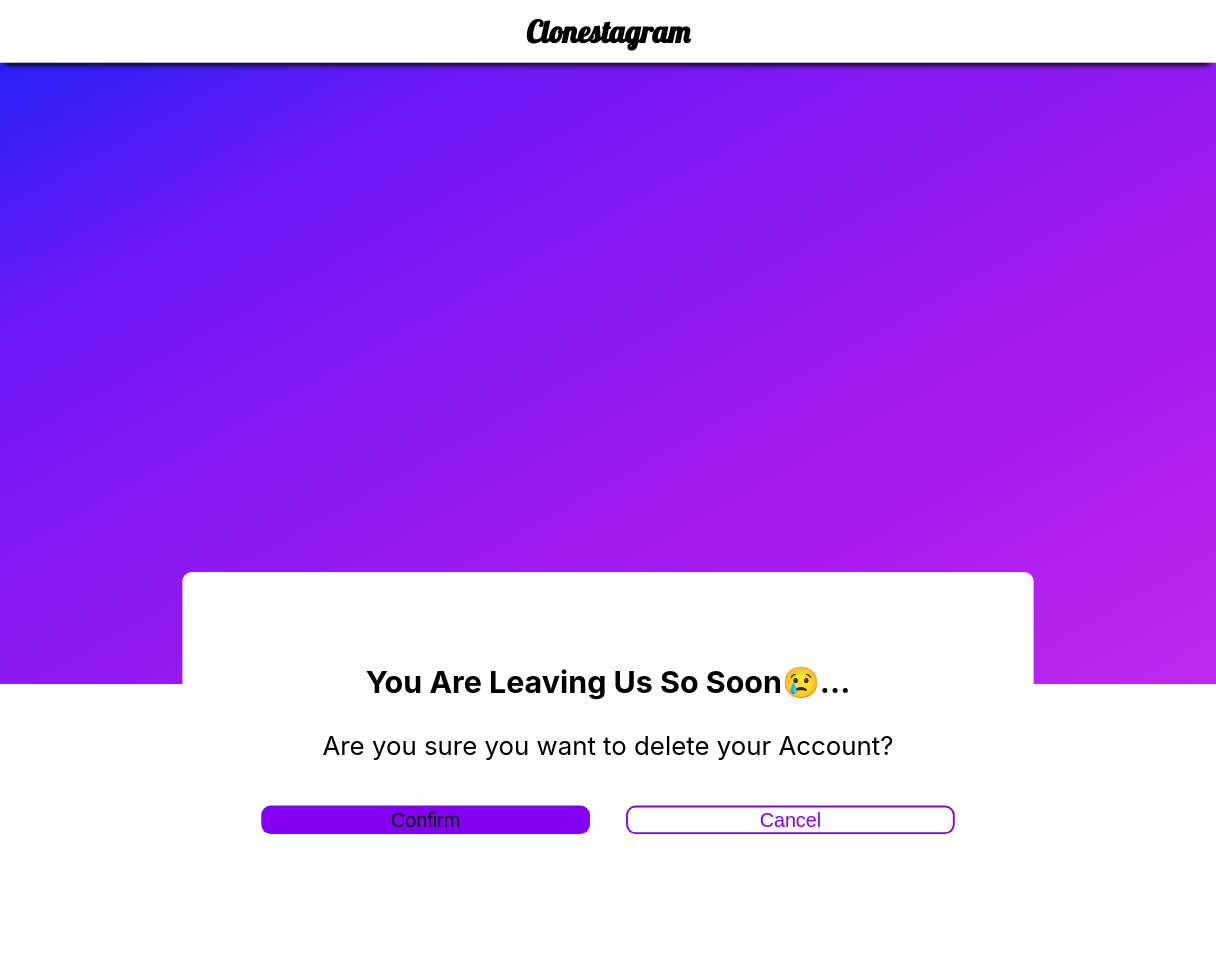
Repository: MikeMoore55/clonestagram
Page: /delaccount
The author's editor kept a copy of each file at every save. The page is drawn from the files as they stood at one save, then again after the next save.
The browser window is 1280 px wide. The pictures show the whole page, at 95% of full size.
The page's requests for data from a server got no answer. The project was rebuilt for these pictures with package versions that can differ from the ones it lists, and the page was loaded fresh each time. The framework's server and built-in components were replaced by stand-ins that run in the browser. No one was signed in, and anything a server would have sent is missing. Also part of the build but not shown: next.config.js.

Above is the page before, as saved 2022-11-24 09:16:25.

### pages/_app.jsx
import Layout from '../components/Layout/Layout';
import '../styles/globals.css';

export default function MyApp({ Component, pageProps }) {
  return (
    <Layout>
      <Component {...pageProps} />
    </Layout>
  );
};

### pages/delaccount.jsx
import React from 'react';
import Link from 'next/link';
import Router,{useRouter} from 'next/router';
import { SupaBaseDB } from '../utils/dbconnect';
import { parseCookies } from '../helpers/cookie';
import styles from '../styles/DelAccount.module.css';
import Footer from '../components/Layout/Footer'

export default function DelAccount( { data } ) {
    const router = useRouter();
    const id = [data];
    function extractId(arr, prop) {
        const extractedValue = arr.map(item => item[prop]);
        return extractedValue;
    }

    const cookieId = extractId(id, 'user');
    const userId = cookieId.toString();

    console.log(userId);

    const delAccount = async () => {

        // delete the account of user
        const account = await SupaBaseDB
            .from("account")
            .delete()
            .eq("account_id", userId);

        // delete all the posts of user too
        const posts = await SupaBaseDB
            .from("posts")
            .delete()
            .eq("user_id", userId);

        if (account.error) {
            console.log(account.error['message']);
        }
        else if (posts.error) {
            console.log(posts.error["message"]);
        }
        else {
            console.log('account deleted successfully');
            router
                .push({
                    pathname: '/', // when successful take to the feed page
                });
        }
    }

    return (
        <div className={styles.container}>
            <div className={styles.block}>
                <h3 className={styles.heading1}>You Are Leaving Us So Soon😢...</h3>
                <p className={styles.text}>Are you sure you want to delete your Account?</p>
                <div className={styles.btnContainer}>
                    <button className={styles.confirm} onClick={() => delAccount()}>Confirm</button>
                    <button className={styles.cancel}><Link href={'/home'}>Cancel</Link></button>
                </div>
            </div>
            {/* for a cool background effect */}
            <div className={styles.backgroundFeature}>
                1
            </div>
            <Footer/>
        </div>
    );
};

export async function getServerSideProps({ req, res }) {
    const data = parseCookies(req);

    if (res) {
        if (Object.keys(data).length === 0 && data.constructor === Object) {
            res.writeHead(301, { Location: "/signin" });
            res.end();
        }
    }

    return {
        props: {
            data: data && data,
        }
    };
};

// del from supabase
// take to index page

### components/Layout/Layout.jsx
import React from 'react';
import Header from './Header';

// layout across app
export default function Layout({children}) {
  return (
    <div id='Layout'>
      <Header />
      {children}
    </div>
  );
};

### styles/globals.css
html,
body {
  padding: 0;
  margin: 0;
  font-family: -apple-system, BlinkMacSystemFont, Segoe UI, Roboto, Oxygen,
    Ubuntu, Cantarell, Fira Sans, Droid Sans, Helvetica Neue, sans-serif;
}

a {
  color: inherit;
  text-decoration: none;
}

* {
  box-sizing: border-box;
}

@media (prefers-color-scheme: dark) {
  html {
    color-scheme: dark;
  }

  body {
    color: black;
    background: rgb(234, 233, 233);
  }
}

### utils/dbconnect.js
import { createClient } from "@supabase/supabase-js";

const supabaseUrl = process.env.NEXT_PUBLIC_SUPABASE_URL;
const supabaseApi = process.env.NEXT_PUBLIC_SUPABASE_API_KEY;

export const SupaBaseDB = createClient(supabaseUrl, supabaseApi);

### helpers/cookie.js
import cookie from "cookie";

export function parseCookies(req) {
    return cookie.parse(req ? req.headers.cookie || "" : document.cookie)
}

### styles/DelAccount.module.css
.container {
    position: relative;
    width: 100%;
    padding-top: 25%;
}

.block {
    position: relative;
    width: 80%;
    margin: 20% 10% 5% 10%;
    text-align: center;
    background-color: white;
    border-radius: 10px;
    padding: 5% 5% 5% 5%;
}

.heading1 {
    position: relative;
    font-size: 1.5em;
}

.text {
    position: relative;
    font-size: 1.3em;
}

.btnContainer {
    position: relative;
    display: grid;
    grid-template-columns: 50% 50%;
}

.cancel {
    position: relative;
    width: 90%;
    margin: 5%;
    border: #8300f1 solid 2px;
    color: #8300f1;
    font-size: 1.1em;
    font-weight: 400;
    border-radius: 10px;
    background-color: white;
}

.confirm {
    position: relative;
    width: 90%;
    margin: 5%;
    background-color: #8300f1;
    border: none;
    border-radius: 10px;
    font-size: 1.1em;
    font-weight: 400;
}

.backgroundFeature {
    position: fixed;
    color: transparent;
    background-image: linear-gradient(to right bottom, #000bf8, #5e00f5, #8300f1, #a002ee, #b812eb);
    width: 100%;
    height: 100%;
    bottom: 0%;
    right: 0%;
    top: 0%;
    left: 0%;
    z-index: -1;
    opacity: 0.9;
}

@media (min-width: 490px) {
    .container {
        padding-top: 27%;
    }

    .block {
        width: 70%;
        margin: 20% 15% 5% 15%;
        padding: 5% 5% 5% 5%;
    }

    .heading1 {
        font-size: 2em;
    }

    .text {
        font-size: 1.7em;
    }

    .btnContainer {
        display: grid;
        grid-template-columns: 50% 50%;
    }

    .cancel {
        position: relative;
        width: 90%;
        margin: 5%;
        border: #8300f1 solid 2px;
        color: #8300f1;
        font-size: 1.3em;
        font-weight: 400;
        border-radius: 10px;
        background-color: white;
    }

    .confirm {
        position: relative;
        width: 90%;
        margin: 5%;
        background-color: #8300f1;
        border: none;
        border-radius: 10px;
        font-size: 1.3em;
        font-weight: 400;
    }

    .backgroundFeature {
        position: fixed;
        color: transparent;
        background-image: linear-gradient(to right bottom, #000bf8, #5e00f5, #8300f1, #a002ee, #b812eb);
        width: 100%;
        height: 100%;
        bottom: 0%;
        right: 0%;
        top: 0%;
        left: 0%;
        z-index: -1;
        opacity: 0.9;
    }
}

@media (min-width: 1000px) {}

### components/Layout/Footer.jsx
import React from 'react';
import styles from '../../styles/Footer.module.css';

export default function Footer() {
    return (
        <footer className={styles.footer}>
            @2022Clonstagram
        </footer>
    );
};

### components/Layout/Header.jsx
import React from 'react';
import styles from '../../styles/Header.module.css';

export default function Header() {
    return (
        <header className={styles.header}>
            <h1>Clonestagram</h1>
        </header>
    );
};

### styles/Footer.module.css
.footer {
    position: fixed;
    bottom: 0%;
    left: 0%;
    right: 0%;
    width: 100%;
    text-align: center;
    color: white;
    padding: 2%;
}

@media (min-width: 490px) {
    .footer {
        font-size: 1.7em;
    }
}

@media (min-width: 1000px) {
    .footer {
        font-size: 1em;
    }
}

### styles/Header.module.css
@font-face {
    font-family: 'Lobster';
    src: url(../assets/Lobster/Lobster-Regular.ttf);
}

.header {
    position: fixed;
    top: 0%;
    left: 0%;
    right: 0%;
    width: 100%;
    text-align: center;
    background-color: white;
    box-shadow: 0 8px 6px -6px black;
    z-index: 5;
    margin: 0%;
    padding: 3.5%;
}

.header h1 {
    margin: 0%;
    padding: 0%;
    font-family: 'Lobster', cursive;
    color: black;
    font-weight: 800;
}


@media (min-width: 490px) {
    .header {
        padding: 3%;
    }

    .header h1 {
        font-size: 2.7em;
    }
}

@media (min-width: 1000px) {
    .header {
        padding: 1%;
    }

    .header h1 {
        font-size: 2em;
    }
}

After the next save:
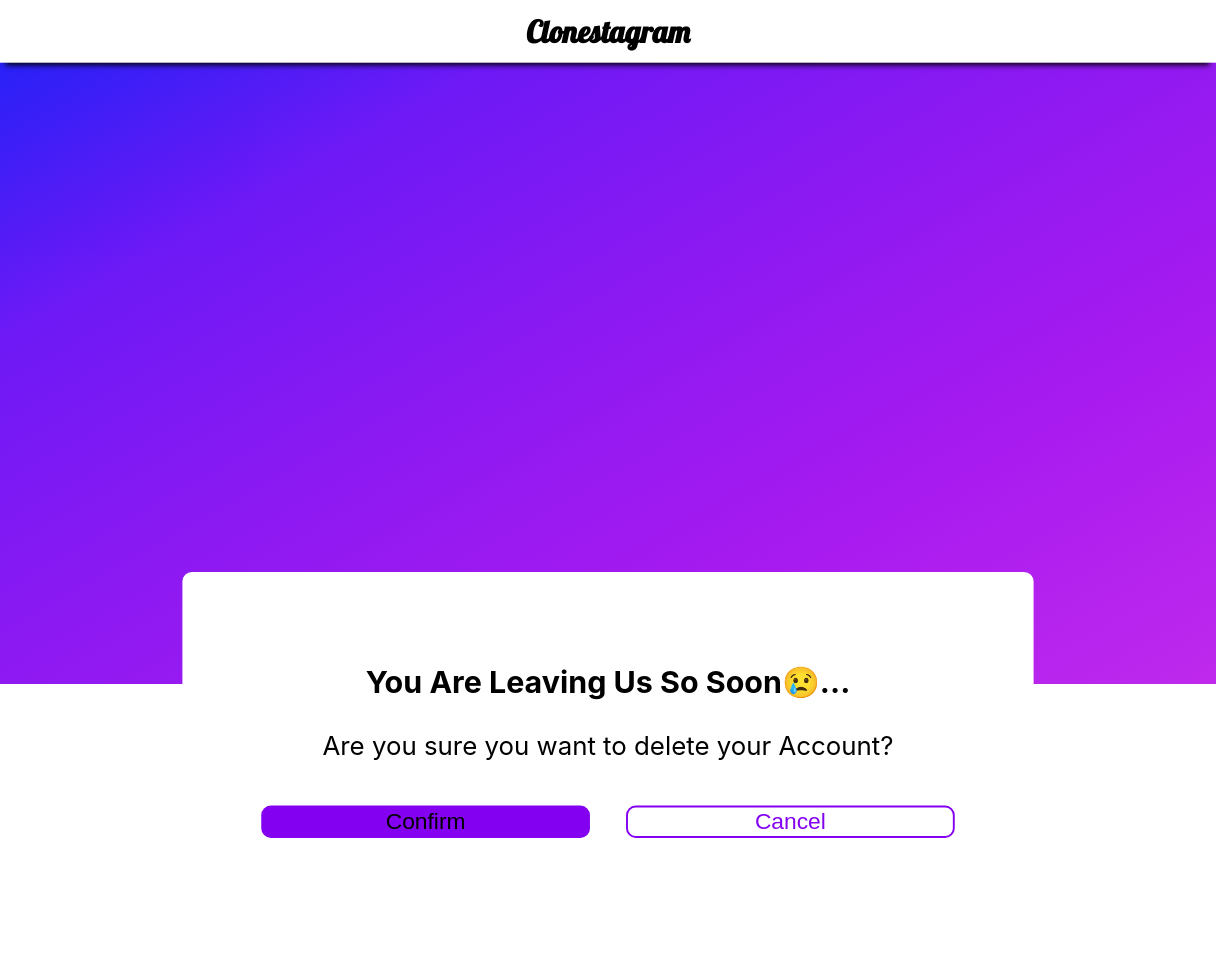
Saved 10 s later.
--- a/styles/DelAccount.module.css
+++ b/styles/DelAccount.module.css
@@ -97,7 +97,7 @@
         margin: 5%;
         border: #8300f1 solid 2px;
         color: #8300f1;
-        font-size: 1.3em;
+        font-size: 1.5em;
         font-weight: 400;
         border-radius: 10px;
         background-color: white;
@@ -110,7 +110,7 @@
         background-color: #8300f1;
         border: none;
         border-radius: 10px;
-        font-size: 1.3em;
+        font-size: 1.5em;
         font-weight: 400;
     }
 
